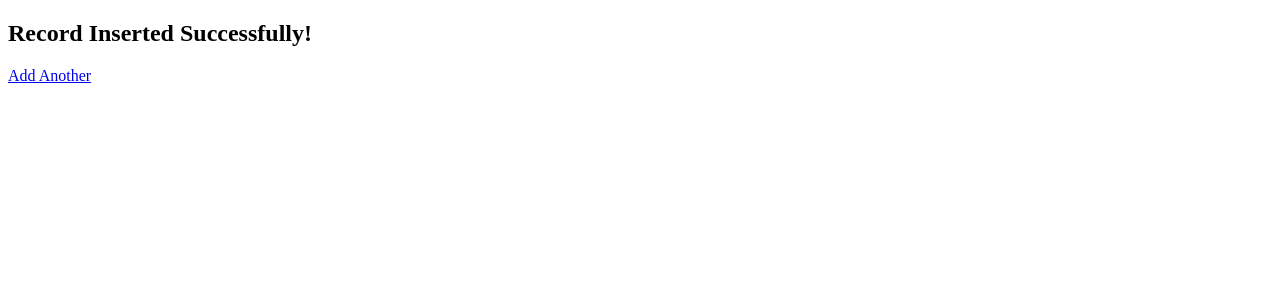
Repository: akaashbytes/Hotel-Room-Reservation-System
Page: HotelReservationSystem/src/main/webapp/success.html
An editor plug-in stored every save of this project. The page is shown before and after the next save, followed by the edit.
The browser window is 1280 px wide. The pictures show the whole page.

Above is the page before, as saved 2026-02-13 03:57:20.

After the next save:
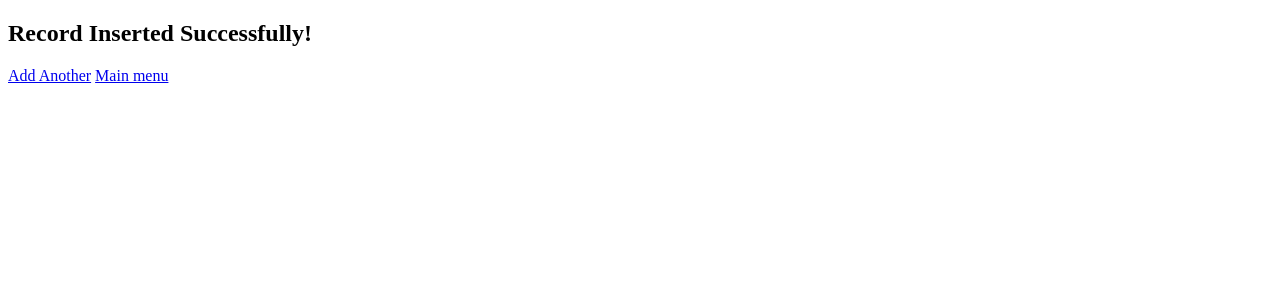
Saved 3 min 51 s later.
--- a/HotelReservationSystem/src/main/webapp/success.html
+++ b/HotelReservationSystem/src/main/webapp/success.html
@@ -6,5 +6,6 @@
 <body>
 <h2>Record Inserted Successfully!</h2>
 <a href="addRoomReservation.jsp">Add Another</a>
+<a href="addRoomReservation.jsp">Main menu</a>
 </body>
 </html>
